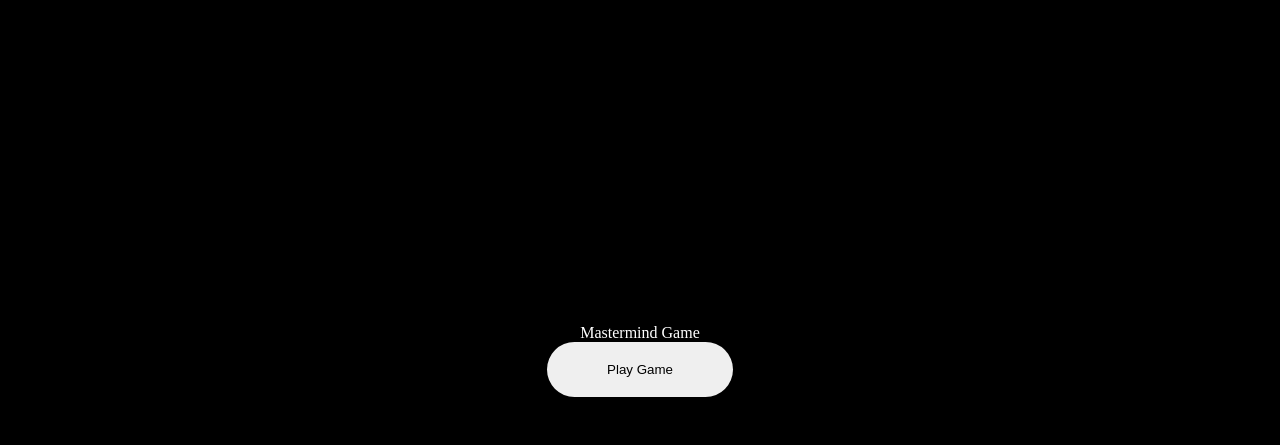
Repository: programmer686/Mastermind-with-Next.js
Page: /
The author's editor kept a copy of each file at every save. The page is drawn from the files as they stood at one save, then again after the next save.
The browser window is 1280 px wide. The pictures show the whole page.
The project was rebuilt for these pictures with package versions that can differ from the ones it lists, and the page was loaded fresh each time. The framework's server and built-in components were replaced by stand-ins that run in the browser. Also part of the build but not shown: next.config.js.

Above is the page before, as saved 2023-07-15 18:53:12.

After the next save:
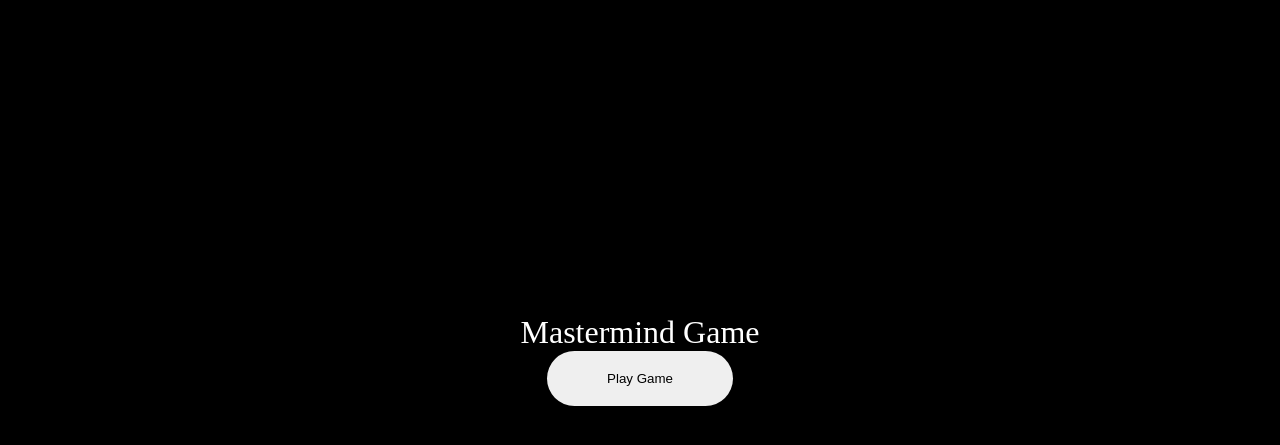
Saved 11 s later.
--- a/src/styles/StartScreen.module.css
+++ b/src/styles/StartScreen.module.css
@@ -17,5 +17,6 @@
 }
 
 .startscreen__game_name {
+    font-size: 2rem;
     color: white;
 }
